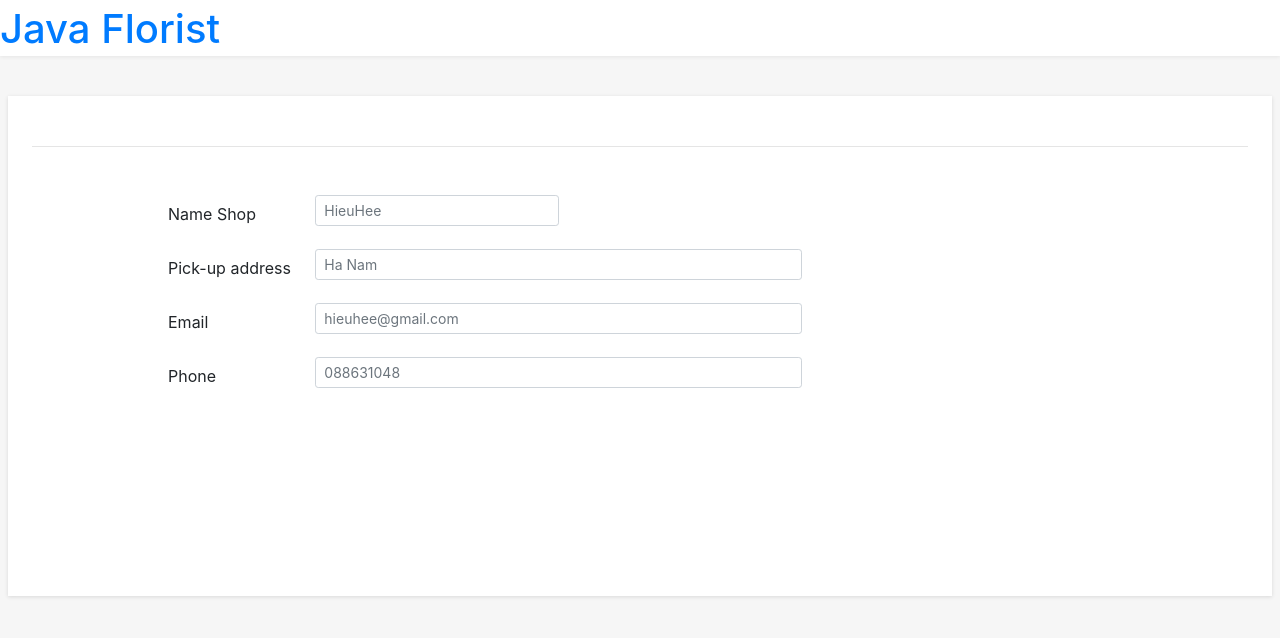
Repository: hienttm/flower-java-florist
Page: JavaFlorist/JavaFlorist/wwwroot/BecomePartner/index.html
These files come from the project's save history. The page is drawn as it stood at one moment and after a run of saves; the edit follows.
The browser window is 1280 px wide. The pictures show the whole page.
Some web libraries are served in a nearby version.

Above is the page before, as saved 2023-12-29 17:59:41.

### JavaFlorist/JavaFlorist/wwwroot/BecomePartner/index.html
<!DOCTYPE html>
<html lang="en">
<head>
    <meta charset="UTF-8">
    <meta name="viewport" content="width=device-width, initial-scale=1.0">
    <title>Document</title>
        <!-- Google Web Fonts -->
        <link rel="preconnect" href="https://fonts.googleapis.com">
        <link rel="preconnect" href="https://fonts.gstatic.com" crossorigin>
        <link href="https://fonts.googleapis.com/css2?family=Open+Sans:wght@400;600&family=Raleway:wght@600;800&display=swap" rel="stylesheet">

        <!-- Icon Font Stylesheet -->
        <link rel="stylesheet" href="https://use.fontawesome.com/releases/v5.15.4/css/all.css" />
        <link href="https://cdn.jsdelivr.net/npm/bootstrap-icons@1.4.1/font/bootstrap-icons.css" rel="stylesheet">

            <!-- Customized Bootstrap Stylesheet -->
            <link rel="stylesheet" href="https://cdn.jsdelivr.net/npm/bootstrap@4.0.0/dist/css/bootstrap.min.css" integrity="sha384-Gn5384xqQ1aoWXA+058RXPxPg6fy4IWvTNh0E263XmFcJlSAwiGgFAW/dAiS6JXm" crossorigin="anonymous">
        <link rel="stylesheet" href="style/Partner.css">
</head>
<body>
    <!-- Spinner Start -->
    <div class="onboarding-page">
        <div class="header">
            <a asp-action="Index" asp-controller="Home" class="navbar-brand"><h1 class="text-primary display-6"> Java Florist</h1></a>
        </div>
        <div class="onboarding">
            <div class="onboarding-layout__main">
                <div class="onboarding-layout__content onboarding-layout__card">
                    <div class="flow-step-content">
                        <div class="steps-header"></div>
                        <div class="form-input">
                            <form>
                                <div class="form-group row">
                                  <label for="text" class="col-sm-2 col-form-label">Name Shop</label>
                                  <div class="w-25">
                                    <input class="form-control form-control-sm" type="text" placeholder="HieuHee">
                                  </div>
                                </div>
                                <div class="form-group row">
                                  <label for="text" class="col-sm-2 col-form-label">Pick-up address</label>
                                  <div class="w-50">
                                    <input type="text" class="form-control form-control-sm"  placeholder="Ha Nam">
                                  </div>
                                </div>
                                <div class="form-group row">
                                    <label for="Email" class="col-sm-2 col-form-label">Email</label>
                                    <div class="w-50">
                                      <input type="email" class="form-control form-control-sm"  placeholder="hieuhee@gmail.com">
                                    </div>
                                  </div>
                                  <div class="form-group row">
                                    <label for="phone" class="col-sm-2 col-form-label">Phone</label>
                                    <div class="w-50">
                                        <input type="phone" class="form-control form-control-sm"  placeholder="088631048">
                                    </div>
                                  </div>
                              </form>
                        </div>
                    </div>

                </div>
            </div>
        </div>
    </div>


        <!-- JavaScript Libraries -->
        <script src="https://ajax.googleapis.com/ajax/libs/jquery/3.6.4/jquery.min.js"></script>
        <script src="https://cdn.jsdelivr.net/npm/bootstrap@5.0.0/dist/js/bootstrap.bundle.min.js"></script>
</body>
</html>

### JavaFlorist/JavaFlorist/wwwroot/BecomePartner/style/Partner.css
*,
*:before,
*:after {
  box-sizing: border-box;
}
* {
  margin: 0;
  padding: 0;
  font: inherit;
}
img,
picture,
svg,
video {
  display: block;
  max-width: 100%;
}
input,
select,
textarea {
  background-color: transparent;
  outline: none;
}
button {
  cursor: pointer;
  background-color: transparent;
  outline: none;
  border: 0;
}
body {
  min-height: 100vh;
  font-weight: 400;
  font-size: 16px;
  line-height: 1;
}

.onboarding-page{
    padding-top: 56px;
    min-width: 1264px;
    margin: 0 auto;
}
.header{
    position: fixed;
    top: 0;
    left: 0;
    width: 100%;
    height: 56px;
    box-shadow: 0 1px 4px 0 rgba(0,0,0,.07);
    background-color: #fff;
    z-index: 100001;
}

.navbar-brand{
    color: #CDB4DB !important;
}
.onboarding {
    min-height: calc(100vh - 56px - 40px);
    padding-bottom: 40px;
    background-color: #f6f6f6;
    }

.onboarding-layout__main {
        padding-top: 40px;
}

.onboarding-layout__card {
    width: 1264px;
    margin: 0 auto;
    height: 500px;
    background-color: #fff;
    box-shadow: 0 1px 4px 0 rgba(0,0,0,.12);
    }

    .flow-step-content{
        padding: 50px 24px;
    }
    .steps-header{
        border-bottom: 1px solid #e5e5e5;
    }

    .form-input{
        max-width: 944px;
        margin: 48px auto 40px;
        min-height: 198px;
}

After the next 2 saves:
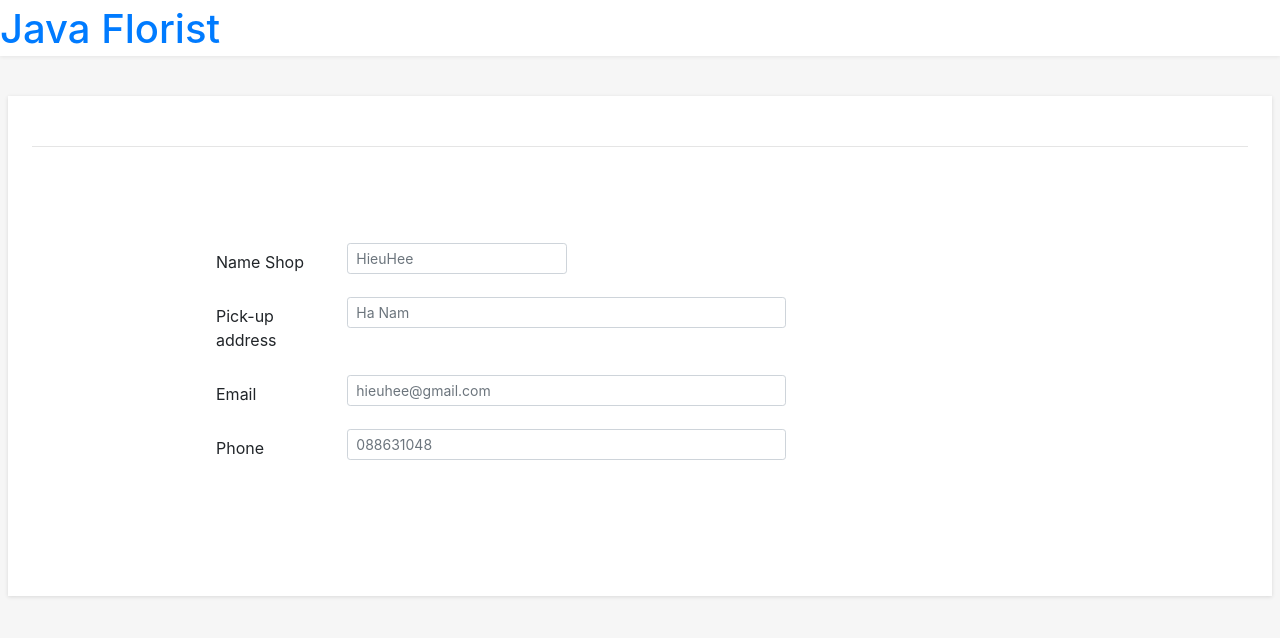
The 2 saves are shown as one change because they came seconds apart.
The last was saved 29 s later.
--- a/JavaFlorist/JavaFlorist/wwwroot/BecomePartner/index.html
+++ b/JavaFlorist/JavaFlorist/wwwroot/BecomePartner/index.html
@@ -29,7 +29,7 @@
                     <div class="flow-step-content">
                         <div class="steps-header"></div>
                         <div class="form-input">
-                            <form>
+                            <form class="p-5">
                                 <div class="form-group row">
                                   <label for="text" class="col-sm-2 col-form-label">Name Shop</label>
                                   <div class="w-25">
